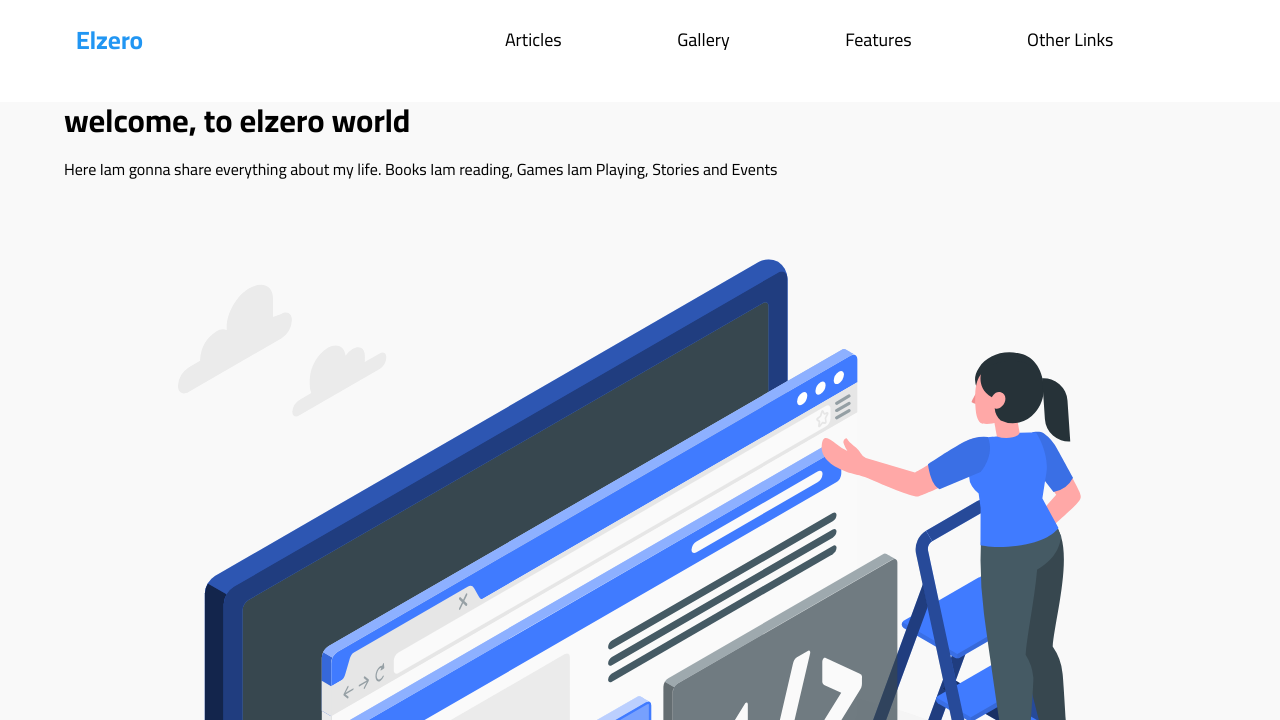
Repository: Toqa-25/elzeroAcdemey-Templete
Page: index.html
The author's editor kept a copy of each file at every save. The page is drawn from the files as they stood at one save, then again after the next save.
The browser window is 1280 px wide. The pictures show the whole page.

Above is the page before, as saved 2022-01-16 21:05:25.

### index.html
<!DOCTYPE html>
<html lang="en">
<head>
    <meta charset="UTF-8">
    <meta http-equiv="X-UA-Compatible" content="IE=edge">
    <meta name="viewport" content="width=device-width, initial-scale=1.0">
    <!-- normalize file -->
    <link rel="stylesheet" href="css/normalize.css">
    <!-- css files -->
    <link rel="stylesheet" href="css/style.css">
    <!-- fontAwosem file -->
    <link rel="stylesheet" href="css/all.min.css">
     <!-- font files -->
     <link rel="preconnect" href="https://fonts.googleapis.com">
    <link rel="preconnect" href="https://fonts.gstatic.com" crossorigin>
    <link href="https://fonts.googleapis.com/css2?family=Cairo:wght@200;400;700;800;900&display=swap" rel="stylesheet">
    <!-- page title -->
    <title>templete 3</title>
</head>
<body>
    <!-- header section -->
    <header id="" class="">
        <div class="container">
            <div class="header-content">
                <div class="header-content-logo">
                    <a href="index.html" class="logo link-none">Elzero</a>
                </div>
                <nav>
                    <ul class="nav-list unlist">
                        <li class="nav-list-item"> <a href="" class="link-none  link-style" id="articles">articles</a></li>
                        <li class="nav-list-item"> <a href="" class="link-none  link-style" id="gallery">gallery</a></li>
                        <li class="nav-list-item"> <a href="" class="link-none  link-style" id="features">features</a></li>
                        <li class="nav-list-item" id="parent-other-links"> <a href="javascript:;" class="link-none  link-style " >other links</a>
                            <div class="other-links " id="child-other-links">
           <div class="other-links-content">
            <div class="other-links-content-img">
                <img src="images/header/Video files-amico.svg" alt="">
            </div>

            <ul class="other-links-list unlist">
            <div class="other-links-list-group-one">
              <li id="" class="other-links-list-item"><a href="" class="link-none  link-style "><i class="far fa-comments"></i> testimonials</a></li>
              <li id="" class="other-links-list-item"><a href="" class="link-none  link-style "><i class="far fa-user"></i> team member</a></li>
              <li id="" class="other-links-list-item"><a href="" class="link-none  link-style"><i class="far fa-building"></i> services</a></li>
              <li id="" class="other-links-list-item"><a href="" class="link-none  link-style"><i class="far fa-check-circle"></i> our skils</a></li>
              <li id="" class="other-links-list-item"><a href="" class="link-none  link-style"><i class="far fa-clipboard"></i> how it work</a></li>
            </div>
            <div class="other-links-list-group-one">
                <li id="" class="other-links-list-item"><a href="" class="link-none  link-style"><i class="far fa-calendar-alt"></i> events</a></li>
                <li id="" class="other-links-list-item"><a href="" class="link-none  link-style"><i class="fas fa-server"></i> pricing planes</a></li>
                <li id="" class="other-links-list-item"><a href="" class="link-none  link-style"><i class="far fa-play-circle"></i> top video</a></li>
                <li id="" class="other-links-list-item"><a href="" class="link-none  link-style"><i class="fas fa-chart-bar"></i> states</a></li>
                <li id="" class="other-links-list-item"><a href="" class="link-none  link-style"><i class="fas fa-percent"></i> request a discount</a></li>
            </div>
        </ul>
       </div>
       </div>
                        </li>

                    </ul>
                </nav>
            </div>
        </div>
    </header>
    <!-- welcom section -->
    <section id="welcome" class="welcome">
        <div class="container">
            <div class="welcome-content">
                <div class="welcome-content-info">
                    <h1 class="welcome-content-info-head">welcome, to elzero world</h1>
                    <div class="welcoome-content-info-text">Here Iam gonna share everything about my life. Books Iam reading, Games Iam Playing, Stories and Events</div>
                </div>
                <div class="welcome-content-img">
                    <img src="images/welcome/Website setup-amico.svg" alt="" srcset="">
                </div>
            </div>
        </div>

    </section>


       <script src="script.js">

       </script>
</body>
</html>

### css/style.css
 /*
  - container
  -section head

 */
 /* global style */
 :root{
     /* --main-color:#45B2F8; */
     --main-color:#2196F3;
     --s-background:#ececec54;
     /* --s-background:#ecececa4; */
     --p-color:#D6ECEC;
 }

 *{
     box-sizing: border-box;
     margin: 0;
     padding: 0;
 }
html , body{
    width: 100%;
    height: 100%;
    margin: 0;
    padding: 0;
    overflow: hidden;
}
 body{
     font-family: "Cairo", sans-serif;
 }
 .container{
      width: 90%;
      margin:0 auto;
      /* padding: 15px 0; */
 }
 .link-none{
     text-decoration: none;
 }
 .unlist{
     list-style: none;
 }
 .link-style{
    font-size: 18px;
    text-transform: capitalize;
 }

 /* header style */
 header{
   margin-bottom: 10px;
 }
.header-content{
    display: flex;
    justify-content: space-between;
    align-items: center;
    padding: 10px 12px ;
    margin-bottom: 10px;
}
.logo{
    font-weight: bolder;
    font-size:25px;
    color:var(--main-color)
}

nav{
    width: 70%;
}
.nav-list{
    display: flex;
    justify-content: space-evenly;
    align-items: center;
}
.nav-list-item {
    cursor: pointer;
    color:#000;
    padding: 20px  25px;
    position: relative;
    transition: background-color .2s ;
    -webkit-transition: background-color .2s ;
    -moz-transition: background-color .2s ;
    -ms-transition: background-color .2s ;
    -o-transition: background-color .2s ;
}
.nav-list-item::before{
    content: "";
    height: 3px;
    width: 0;
    background-color: var(--main-color);
    position: absolute;
    top: 0px;
    left: 0;
    transition: width .6s;
    -webkit-transition: width .6s;
    -moz-transition: width .6s;
    -ms-transition: width .6s;
    -o-transition: width .6s;
}
.nav-list-item a{
        color:#000;
}

.nav-list-item:hover  {
    background-color: var(--s-background);
}
.nav-list-item:hover  a {
    color:var(--main-color);
}
.nav-list-item:hover::before{
        width: 100%;
}
#parent-other-links{
    position: relative;
}
#parent-other-links:hover #child-other-links{
    transform:translateY(20px) ;
    -webkit-transform:translateY(20px) ;
    -moz-transform:translateY(20px) ;
    -ms-transform:translateY(20px) ;
    -o-transform:translateY(20px) ;
}
/* media query for header*/
@media (max-width:767px){
    .header-content{
        flex-direction:column ;
        padding:5px 12px;
}
.header-content-logo{
    margin-bottom: 5px;
}
nav{
    width: 80%;
}
.nav-list-item{
    padding:17px 10px;
}
.nav-list-item a{
    font-size: 15px;
}
}
                       /*************************************/
/* style for other links */
.other-links{
 /*margin-top: 10px;
 */margin: 10 auto;
 transform: translatey(1000%);
 -webkit-transform: translatey(1000%);
 -moz-transform: translatey(1000%);
 -ms-transform: translatey(1000%);
 -o-transform: translatey(1000%);
 transition: transform .5s;
 -webkit-transition: transform .5s;
 -moz-transition: transform .5s;
 -ms-transition: transform .5s;
 -o-transition: transform .5s;
}
.other-links-content{
    display: flex;
    border-bottom: 4px solid var(--main-color);
    border-top: 2px solid var(--s-background);
}
.other-links-content-img{
    margin:auto;
}
.other-links-content-img img{
    width: 100%;
}
.other-links-list{
    width:55%;
    display: flex;
    justify-content: space-between;
    padding: 10px;
    align-items: center;
}
.other-links-list-group-one{
    width:45%
}
.other-links-list-item{
    padding: 15px ;
    border-bottom: 1px solid rgba(0, 0, 0, 0.337);
    position: relative;
    cursor: pointer;

}
.other-links-list-item:last-child{
    border:none;
}
.other-links-list-item::before{
    content:"";
    position: absolute;
    top: 0;
    left: 0;
    height: 100%;
    width: 0%;
    background-color: var(--s-background);
    transition:width .5s;
    -webkit-transition:width .5s;
    -moz-transition:width .5s;
    -ms-transition:width .5s;
    -o-transition:width .5s;
}
.other-links-list-item:hover::before{
    width: 100%;
}
.other-links-list-item a{
    font-weight: bold;
    color:var(--main-color)
}
.other-links-list-item > a > i{
 margin-right: 10px;
}
.other{
    transform: translatey(20px);
    -webkit-transform: translatey(20px);
    -moz-transform: translatey(20px);
    -ms-transform: translatey(20px);
    -o-transform: translatey(20px);
}
#child-other-links{
    width:85vw;
    position: absolute;
    right: 5px;
    /* background-color: violet; */
}
@media(max-width:991px){
    #child-other-links{
     width:87vw;
    }
     .other-links-content-img{
        display: none;
    }
    .other-links-list{
        width: 100%;
    }
}
@media(max-width:767px){
    #child-other-links{
        width:100vw;
        margin-right: -166px;
    }
     .other-links-list{
        flex-direction: column;
    }
        .other-links-list-group-one{
    width:100%;
}
.other-links-list-item:last-child{
    border-bottom: 1px solid rgba(0, 0, 0, 0.337);
}
 .other-links-list-item a{
     font-size: 18px;
 }
}
/********************************************************************************************/
/* style for other welcome section */

.welcome{
    background-color: var(--s-background);
}

### script.js
let otherParent = document.getElementById("parent-other-links");
let otherChild = document.getElementById("child-other-links");
otherParent.onclick = function () {
  otherChild.classList.toggle("other");
};

Loaded but not shown: css/normalize.css (library); css/all.min.css (library)

After the next save:
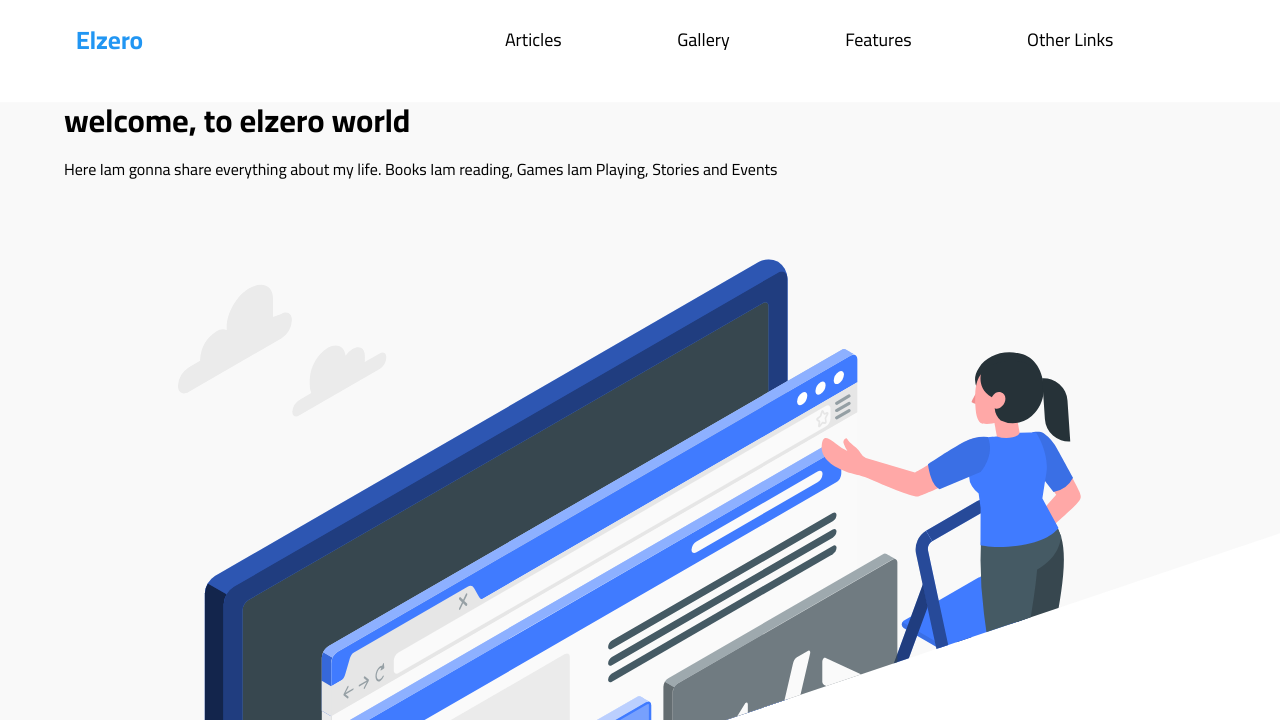
Saved 6 min 13 s later.
--- a/css/style.css
+++ b/css/style.css
@@ -253,4 +253,5 @@ nav{
 
 .welcome{
     background-color: var(--s-background);
-}
+    clip-path: polygon(0 0, 100% 0, 100% 35%, 0 70%);
+}
